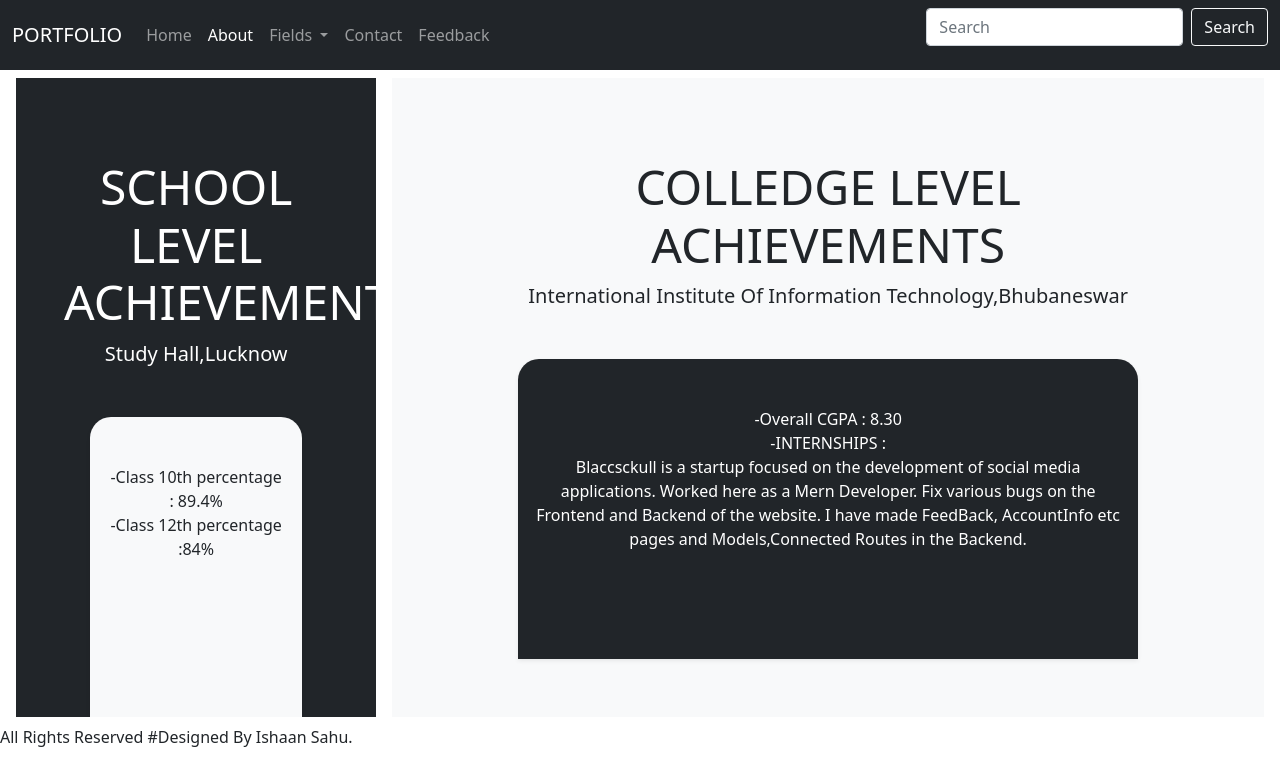
Repository: ishaan51551/Ishaan-s-Portfolio-
Page: about.html
An editor plug-in stored every save of this project. The page is shown before and after a run of saves, followed by the edit.
The browser window is 1280 px wide. The pictures show the whole page.

Above is the page before, as saved 2023-09-13 01:49:17.

### about.html
</body>
</html>

<!doctype html>
<html lang="en">
  <head>
    <!-- Required meta tags -->
    <meta charset="utf-8">
    <meta name="viewport" content="width=device-width, initial-scale=1">

    <!-- Bootstrap CSS -->
    <link href="https://cdn.jsdelivr.net/npm/bootstrap@5.1.1/dist/css/bootstrap.min.css" rel="stylesheet" integrity="sha384-F3w7mX95PdgyTmZZMECAngseQB83DfGTowi0iMjiWaeVhAn4FJkqJByhZMI3AhiU" crossorigin="anonymous">

    <title>Ishaan Sahu Portfolio</title>
  </head>
  <body>


    <!-- NAVBAR -->
<nav class="navbar navbar-expand-lg navbar-dark bg-dark">
    <div class="container-fluid">
      <a class="navbar-brand" href="#">PORTFOLIO </a>
      <button class="navbar-toggler" type="button" data-bs-toggle="collapse" data-bs-target="#navbarSupportedContent" aria-controls="navbarSupportedContent" aria-expanded="false" aria-label="Toggle navigation">
        <span class="navbar-toggler-icon"></span>
      </button>
      <div class="collapse navbar-collapse" id="navbarSupportedContent">
        <ul class="navbar-nav me-auto mb-2 mb-lg-0">
          <li class="nav-item">
            <a class="nav-link " aria-current="page" href="index.html">Home</a>
          </li>
          <li class="nav-item">
            <a class="nav-link active" href="/about.html">About</a>
          </li>
          <li class="nav-item dropdown">
            <a class="nav-link dropdown-toggle" href="#" id="navbarDropdown" role="button" data-bs-toggle="dropdown" aria-expanded="false">
              Fields
            </a>
            <ul class="dropdown-menu" aria-labelledby="navbarDropdown">
              <li><a class="dropdown-item" href="programming.html">Programming</a></li>
              <li><a class="dropdown-item" href="webdev.html">Web Devlopment</a></li>
              <li><hr class="dropdown-divider"></li>
              <li><a class="dropdown-item" href="extracurricular.html">Extra Curricular</a></li>
            </ul>
          </li>
          <li class="nav-item">
            <a class="nav-link " aria-current="page" href="contact.html">Contact</a>
          </li>

          <li class="nav-item">
              <a class="nav-link"href="feedback.html">Feedback</a>

          </li>

        </ul>
        <form class="d-flex">
          <input class="form-control me-2" type="search" placeholder="Search" aria-label="Search">
          <button class="btn btn-outline-light" type="submit">Search</button>

        </form>
      </div>
    </div>
  </nav>

<!-- Optional JavaScript; choose one of the two! -->

<!-- Option 1: Bootstrap Bundle with Popper -->
<script src="https://cdn.jsdelivr.net/npm/bootstrap@5.1.1/dist/js/bootstrap.bundle.min.js" integrity="sha384-/bQdsTh/da6pkI1MST/rWKFNjaCP5gBSY4sEBT38Q/9RBh9AH40zEOg7Hlq2THRZ" crossorigin="anonymous"></script>



<!-- boxes -->
<div class="d-md-flex flex-md-equal w-100my-md-3 ps-md-3 my-2 justify-content-center align item center">
    <div class="bg-dark me-md-3 pt-3 px-3 pt-md-5 px-md-5 text-center text-white overflow-hidden">
      <div class="my-3 py-3 ">
        <h2 class="display-5">SCHOOL LEVEL ACHIEVEMENTS</h2>
        <p class="lead">Study Hall,Lucknow</p>
      </div>
      <div class="bg-light shadow-sm mx-auto" style="width: 80%; height: 300px; border-radius: 21px 21px 0 0;">
        <p class="dance text-dark overfow-hidden text-center px-3 py-5">-Class 10th percentage : 89.4%</br>
    -Class 12th percentage :84%</br>
    </p>

    </div>
    </div>
    <div class="bg-light me-md-3 pt-3 px-3 pt-md-5 px-md-5 text-center overflow-hidden">
      <div class="my-3 p-3">
        <h2 class="display-5">COLLEDGE LEVEL ACHIEVEMENTS</h2>
        <p class="lead">International Institute Of Information Technology,Bhubaneswar</p>
      </div>
      <div class="bg-dark shadow-sm mx-auto" style="width: 80%; height: 300px; border-radius: 21px 21px 0 0;">
      <p class="swing text-white overfow-hidden text-center px-3 py-5">
        -Overall CGPA : 8.30</br>
        -INTERNSHIPS :</br>

        Blaccsckull is a startup focused on the development of social media applications. Worked here as a Mern Developer.
        Fix various bugs on the Frontend and Backend of the website.
        I have made FeedBack, AccountInfo etc pages and Models,Connected Routes in the Backend.
    </p>
    </div>
     </div>
  </div>

    <!-- FOOTER  -->
  <footer class="blog-footer">
    <p>All Rights Reserved #Designed By Ishaan Sahu.</p>
    <p>

    </p>
  </footer>
  </body>
  </html>

After the next 2 saves:
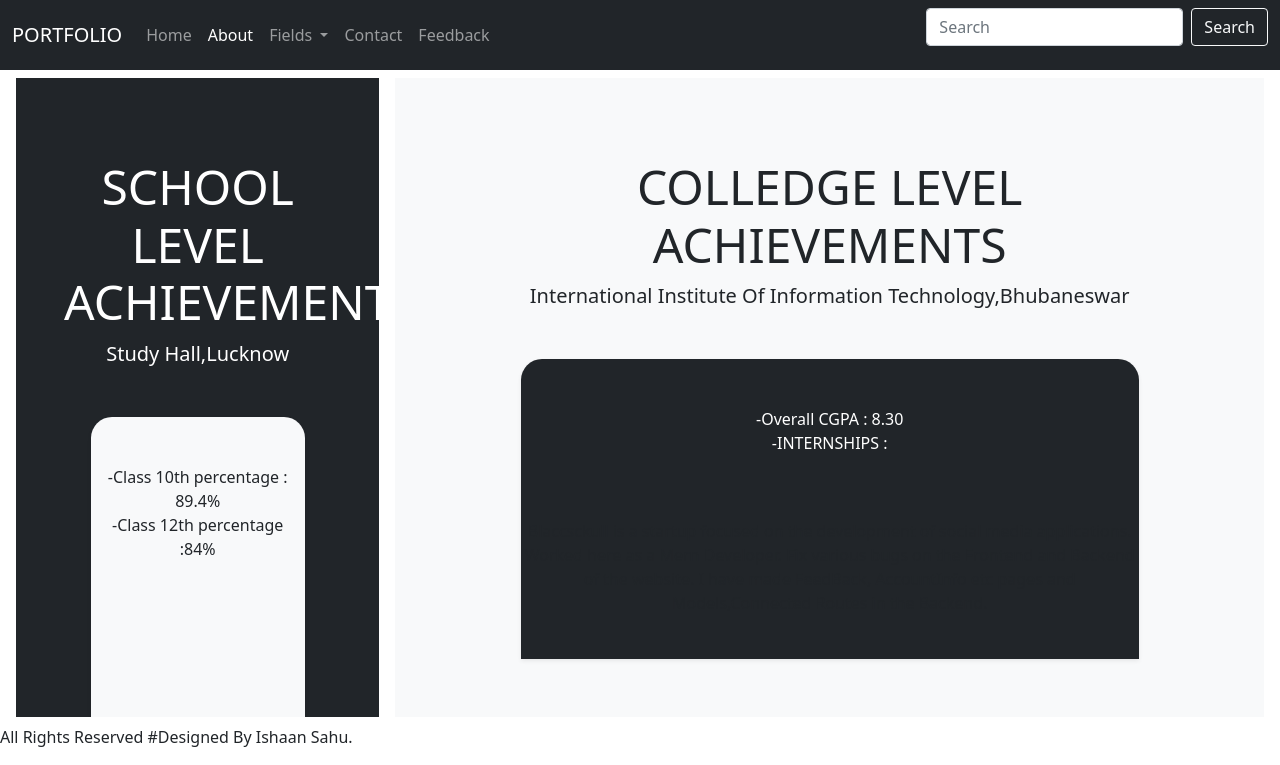
The 2 saves are shown as one change because they came seconds apart.
The last was saved 9 s later.
--- a/about.html
+++ b/about.html
@@ -91,7 +91,7 @@
       <p class="swing text-white overfow-hidden text-center px-3 py-5">
         -Overall CGPA : 8.30</br>
         -INTERNSHIPS :</br>
-
+        <h5></h5>
         Blaccsckull is a startup focused on the development of social media applications. Worked here as a Mern Developer.
         Fix various bugs on the Frontend and Backend of the website.
         I have made FeedBack, AccountInfo etc pages and Models,Connected Routes in the Backend.
